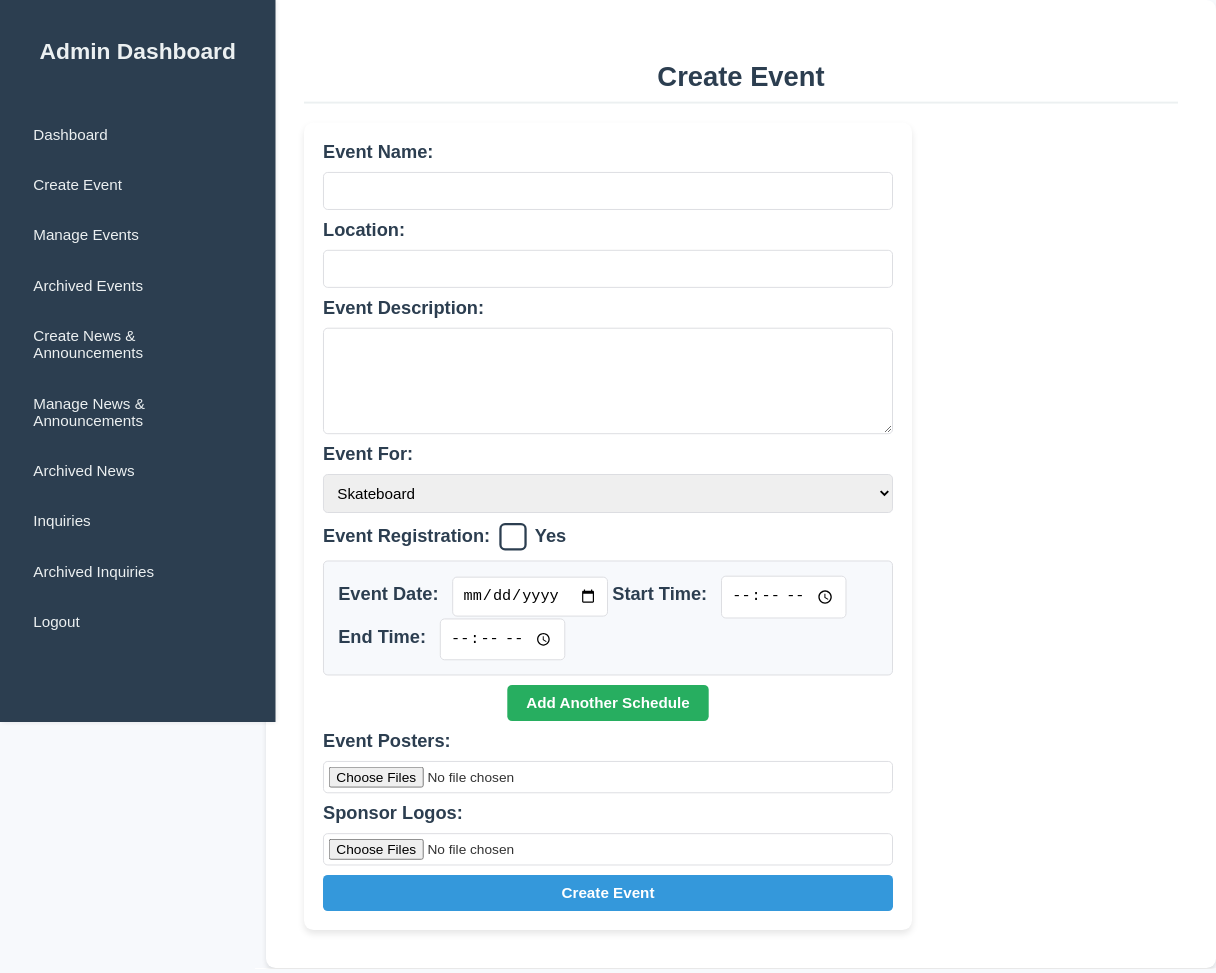
Repository: KharonKade/Capstone
Page: admin.html
The author's editor kept a copy of each file at every save. The page is drawn from the files as they stood at one save, then again after the next save.
The browser window is 1280 px wide. The pictures show the whole page, at 95% of full size.

Above is the page before, as saved 2025-04-01 13:23:49.

### admin.html
<!DOCTYPE html>
<html lang="en">
<head>
    <meta charset="UTF-8">
    <meta name="viewport" content="width=device-width, initial-scale=1.0">
    <title>Create Event</title>
    <link rel="stylesheet" href="Css/admin.css?v=1.0">
    <script src="https://cdn.jsdelivr.net/npm/sweetalert2@11"></script>
</head>
<body>
    <div class="admin-container">
        <nav class="sidebar">
            <h2>Admin Dashboard</h2>
            <ul>
                <li><a href="/dashboard">Dashboard</a></li>
                <li><a href="admin.html">Create Event</a></li>
                <li><a href="manage_upcoming.php">Manage Events</a></li>
                <li><a href="archived_events.php">Archived Events</a></li>
                <li><a href="create_news.html">Create News & Announcements</a></li>
                <li><a href="manage_news.php">Manage News & Announcements</a></li>
                <li><a href="archived_news.php">Archived News</a></li>
                <li><a href="view_inquiries.php">Inquiries</a></li>
                <li><a href="archived_inquiries.php">Archived Inquiries</a></li>
                <li><a href="/logout">Logout</a></li>
            </ul>
        </nav>
        <main class="content" id="create_event">
            <h2>Create Event</h2>
            <form action="store_event.php" method="post" enctype="multipart/form-data">
                <label for="event_name">Event Name:</label>
                <input type="text" name="event_name" id="event_name" required>

                <label for="location">Location:</label>
                <input type="text" name="location" id="location" required>

                <label for="description">Event Description:</label>
                <textarea name="description" id="description" rows="5" required></textarea>

                <label for="category">Event For:</label>
                <select name="category" id="category" required>
                    <option value="skateboard">Skateboard</option>
                    <option value="inline">Inline</option>
                    <option value="bmx">BMX</option>
                    <option value="all">All</option>
                </select>

                <label for="registration">
                    Event Registration:
                    <input type="checkbox" name="registration" id="registration" value="1">
                    <span>Yes</span>
                </label>

                <div id="registration-options" style="display: none;">
                    <label for="registration_limit">Registration Limit:</label>
                    <input type="number" name="registration_limit" id="registration_limit" min="1">
                </div>

                <div id="schedule-container">
                    <div class="schedule-item">
                        <label for="event_date">Event Date:</label>
                        <input type="date" name="event_date[]" required>
                        <label for="start_time">Start Time:</label>
                        <input type="time" name="start_time[]" required>
                        <label for="end_time">End Time:</label>
                        <input type="time" name="end_time[]" required>
                    </div>
                </div>
                <button type="button" id="add_schedule">Add Another Schedule</button>

                <label for="posters">Event Posters:</label>
                <input type="file" name="posters[]" id="posters" multiple required>

                <label for="sponsors">Sponsor Logos:</label>
                <input type="file" name="sponsors[]" id="sponsors" multiple required>

                <button type="submit">Create Event</button>
            </form>
        </main>
    </div>
    <script>
        // Get references to the button and container
        const addScheduleButton = document.getElementById('add_schedule');
        const scheduleContainer = document.getElementById('schedule-container');

        // Add an event listener to the "Add Another Schedule" button
        addScheduleButton.addEventListener('click', () => {
            // Create a new div for the additional schedule
            const newSchedule = document.createElement('div');
            newSchedule.classList.add('schedule-item');

            // Add the necessary input fields for a new schedule
            newSchedule.innerHTML = `
                <label for="event_date">Event Date:</label>
                <input type="date" name="event_date[]" required>
                <label for="start_time">Start Time:</label>
                <input type="time" name="start_time[]" required>
                <label for="end_time">End Time:</label>
                <input type="time" name="end_time[]" required>
                <button type="button" class="remove-schedule">Remove</button>
            `;

            // Append the new schedule div to the container
            scheduleContainer.appendChild(newSchedule);

            // Add functionality to remove the schedule
            newSchedule.querySelector('.remove-schedule').addEventListener('click', () => {
                newSchedule.remove();
            });
        });

        document.getElementById("registration").addEventListener("change", function () {
            var registrationOptions = document.getElementById("registration-options");
            registrationOptions.style.display = this.checked ? "block" : "none";
        });
    </script>
</body>
</html>

### Css/admin.css
/* admin.css */

body {
    font-family: 'Arial', sans-serif;
    margin: 0;
    padding: 0;
    background: #f7f9fc;
    color: #333;
}

.admin-container {
    display: flex;
    min-height: 100vh;
}

/* Sidebar */
.sidebar {
    width: 250px;
    background: #2c3e50;
    color: #ecf0f1;
    padding: 20px;
    box-shadow: 2px 0 5px rgba(0, 0, 0, 0.1);
    display: flex;
    flex-direction: column;
    gap: 20px;
    position: fixed;
    height: 100%;
}

.sidebar h2 {
    text-align: center;
    font-size: 1.5rem;
    margin-bottom: 20px;
}

.sidebar ul {
    list-style: none;
    padding: 0;
    margin: 0;
}

.sidebar ul li {
    margin: 15px 0;
}

.sidebar ul li a {
    text-decoration: none;
    color: #ecf0f1;
    padding: 10px 15px;
    display: block;
    border-radius: 5px;
    transition: background 0.3s;
}

.sidebar ul li a:hover {
    background: #34495e;
}

/* Main Content */
.content {
    flex-grow: 1;
    padding: 40px;
    background: #ffffff;
    border-radius: 10px;
    box-shadow: 0px 4px 6px rgba(0, 0, 0, 0.1);
    margin-left: 280px;
    align-items: center;
}

.content h2 {
    margin-bottom: 20px;
    font-size: 1.8rem;
    color: #2c3e50;
    text-align: center;
    border-bottom: 2px solid #ecf0f1;
    padding-bottom: 10px;
}
.form-container {
    display: flex;
    justify-content: center; /* Centers horizontally */
    align-items: center; /* Centers vertically */
    height: 100vh; /* Full viewport height */
}

form {
    display: flex;
    flex-direction: column;
    gap: 10px;
    margin-top: 10px;
    max-width: 600px; /* Adjust width */
    width: 100%;
    background: white;
    padding: 20px;
    border-radius: 10px;
    box-shadow: 0 4px 8px rgba(0, 0, 0, 0.1);
}

form label {
    font-size: 1.2rem;
    font-weight: bold;
    color: #2c3e50; /* Darker text color */
    margin-right: 10px;
    cursor: pointer;
}

form input,
form select,
form textarea,
form button {
    font-size: 1rem;
    padding: 10px;
    border: 1px solid #dcdde1;
    border-radius: 5px;
    outline: none;
    transition: border-color 0.3s, box-shadow 0.3s;
}

form input:focus,
form select:focus,
form textarea:focus {
    border-color: #3498db;
    box-shadow: 0 0 5px rgba(52, 152, 219, 0.5);
}

form button {
    background: #3498db;
    color: #ffffff;
    cursor: pointer;
    border: none;
    font-weight: bold;
    transition: background 0.3s;
}

form button:hover {
    background: #2980b9;
}

#schedule-container {
    display: flex;
    flex-direction: column;
    gap: 20px;
}

.schedule-item {
    background: #f7f9fc;
    padding: 15px;
    border: 1px solid #dcdde1;
    border-radius: 5px;
}

.schedule-item .remove-schedule {
    background: #e74c3c;
    color: #ffffff;
    border: none;
    padding: 5px 10px;
    border-radius: 5px;
    margin-top: 10px;
    cursor: pointer;
    font-size: 0.9rem;
}

.schedule-item .remove-schedule:hover {
    background: #c0392b;
}

/* Add Schedule Button */
#add_schedule {
    align-self: center;
    background: #27ae60;
    color: #ffffff;
    border: none;
    padding: 10px 20px;
    font-size: 1rem;
    border-radius: 5px;
    cursor: pointer;
    transition: background 0.3s;
}

#add_schedule:hover {
    background: #229954;
}

/* File Inputs */
form input[type="file"] {
    padding: 5px;
    font-size: 0.9rem;
}

/* Style the label */
label[for="registration"] {
    font-size: 1.2rem;
    font-weight: bold;
    color: #2c3e50;
    display: flex;
    align-items: center; /* Ensures everything stays aligned horizontally */
    gap: 8px; /* Adds spacing between elements */
}

/* Hide the default checkbox */
input[type="checkbox"] {
    appearance: none;
    -webkit-appearance: none;
    -moz-appearance: none;
    width: 20px;
    height: 20px;
    border: 2px solid #2c3e50; /* Border color */
    border-radius: 5px;
    display: inline-block;
    vertical-align: middle;
    position: relative;
    cursor: pointer;
    transition: background 0.3s ease-in-out;
    transform: scale(1.2); /* Makes the checkbox slightly bigger */
}

/* Style when checked */
input[type="checkbox"]:checked {
    background-color: #2c3e50; /* Darker color */
    border-color: #2c3e50;
}

/* Checkmark using ::after pseudo-element */
input[type="checkbox"]:checked::after {
    content: "✔";
    font-size: 1rem;
    color: white;
    position: absolute;
    left: 50%;
    top: 50%;
    transform: translate(-50%, -50%);
    font-weight: bold;
}

/* Responsive Design */
@media (max-width: 768px) {
    .admin-container {
        flex-direction: column;
    }

    .sidebar {
        width: 100%;
        flex-direction: row;
        justify-content: space-around;
    }

    .sidebar h2 {
        display: none;
    }

    .content {
        margin: 0;  /* Remove extra margin */
        padding: 20px;
        width: 100%; /* Ensure it takes full width */
    }

    form {
        padding: 0 10px;
        max-width: 100%; /* Make sure it doesn't shrink too much */
    }
}

After the next save:
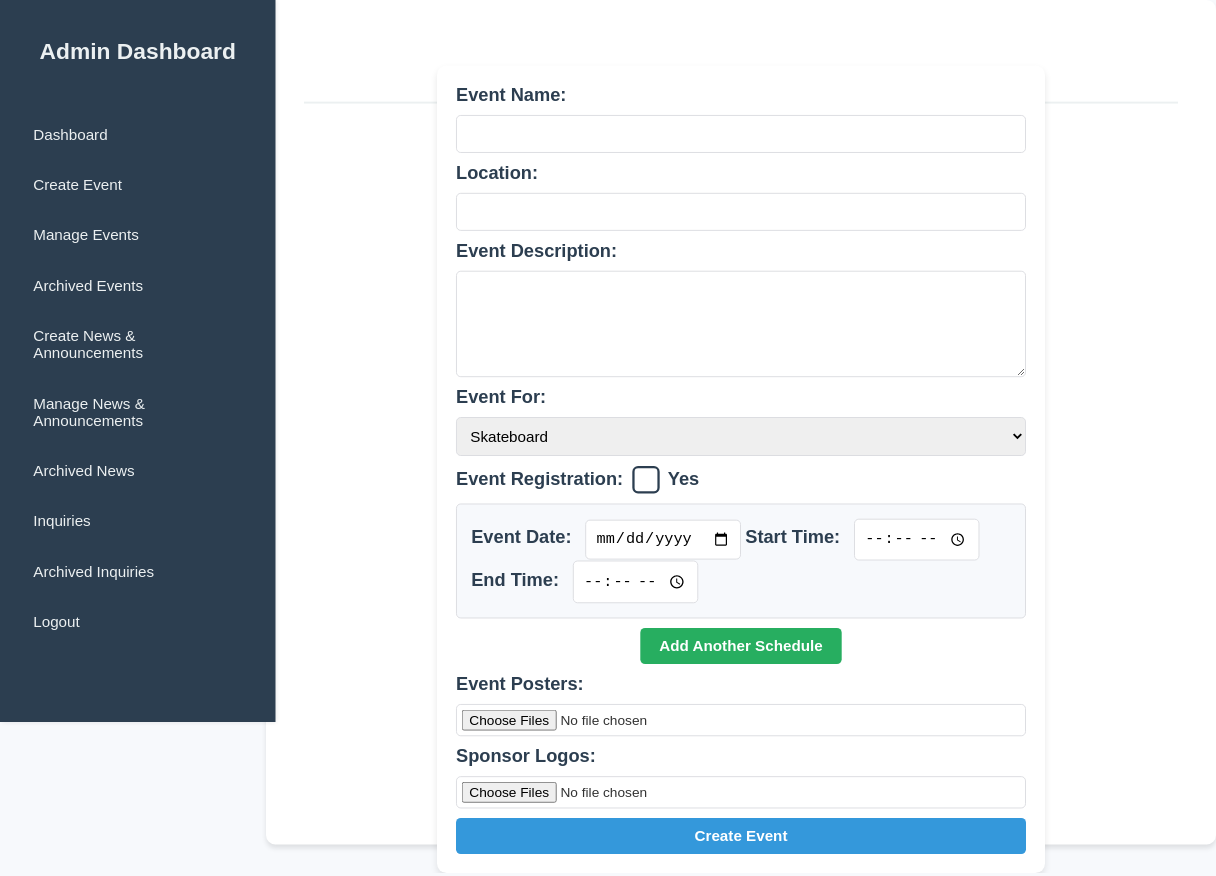
Saved 50 s later.
--- a/admin.html
+++ b/admin.html
@@ -26,6 +26,7 @@
         </nav>
         <main class="content" id="create_event">
             <h2>Create Event</h2>
+            <div class="form-container">
             <form action="store_event.php" method="post" enctype="multipart/form-data">
                 <label for="event_name">Event Name:</label>
                 <input type="text" name="event_name" id="event_name" required>
@@ -75,6 +76,7 @@
 
                 <button type="submit">Create Event</button>
             </form>
+            </div>
         </main>
     </div>
     <script>
